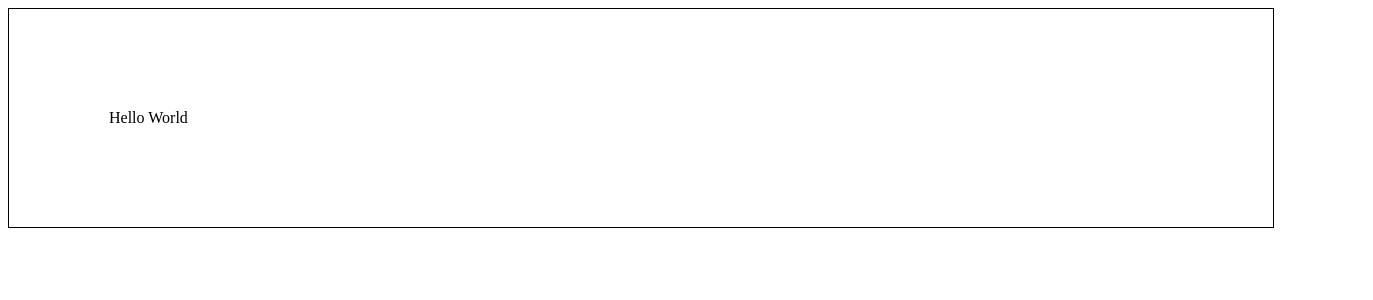
Repository: cedricRGT45/studentOclock
Page: S01-Ovitrine-J2-cedricRGT45/index.html
These files come from the project's save history. The page is drawn as it stood at one moment and after the next save; the edit follows.
The browser window is 1280 px wide. The page is 1373 px wide, then 1280 px, so the pictures cover 1373 px, including what lies to the right of the window. The pictures show the whole page.

Above is the page before, as saved 2024-03-27 21:31:56.

### S01-Ovitrine-J2-cedricRGT45/index.html
<!DOCTYPE html>
<html lang="en">

<head>
    <meta charset="UTF-8">
    <meta name="viewport" content="width=device-width, initial-scale=1.0">
    <script src="./script.js" defer></script>
    <title>Hello World</title>
</head>

<body>
</body>

</html>

### S01-Ovitrine-J2-cedricRGT45/script.js
const container = document.createElement("div")
container.style.border = "1px solid black"
container.style.width = "100%"
const helloWorld = document.createElement("p")
helloWorld.insertAdjacentText("beforeend", "Hello World")
helloWorld.style.width = "100%"
helloWorld.style.margin = "100px"
container.appendChild(helloWorld)
document.body.append(container)

After the next save:
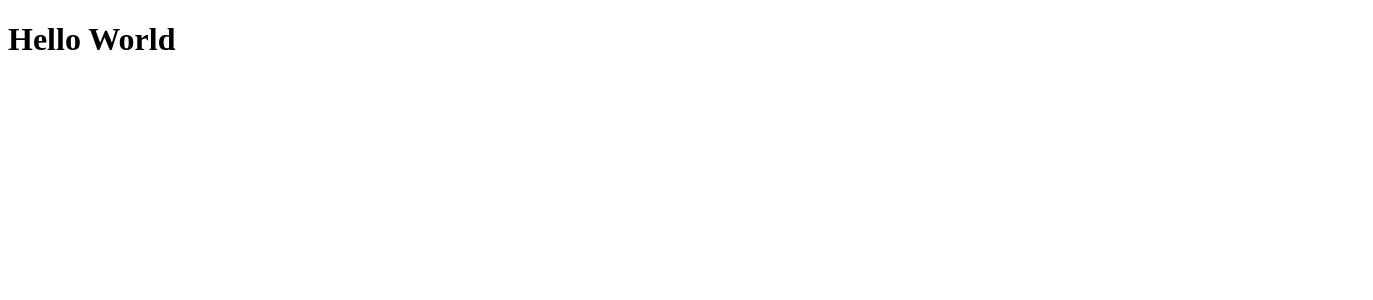
Saved 63 s later.
--- a/S01-Ovitrine-J2-cedricRGT45/script.js
+++ b/S01-Ovitrine-J2-cedricRGT45/script.js
@@ -1,9 +1,5 @@
 const container = document.createElement("div")
-container.style.border = "1px solid black"
-container.style.width = "100%"
-const helloWorld = document.createElement("p")
+const helloWorld = document.createElement("h1")
 helloWorld.insertAdjacentText("beforeend", "Hello World")
-helloWorld.style.width = "100%"
-helloWorld.style.margin = "100px"
 container.appendChild(helloWorld)
 document.body.append(container)
